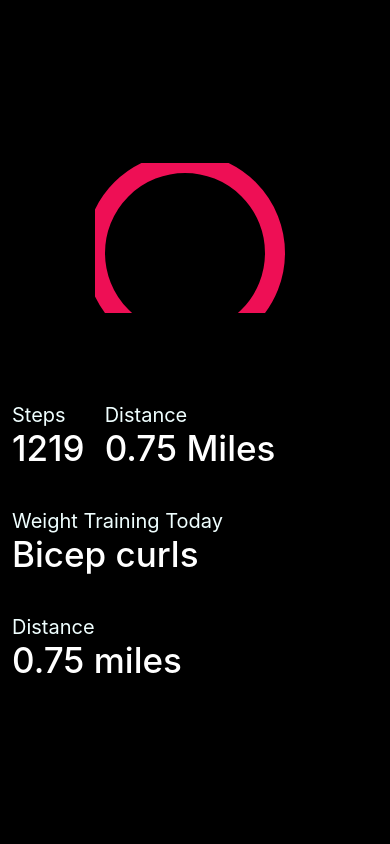
Repository: JamesPesenti/JiMTracker
Screen: /
The author's editor kept a copy of each file at every save. The screen is drawn from the files as they stood at one save, then again after the next save.
The app was drawn by React Native's web renderer in a window 390 px wide. The project was rebuilt for these pictures with package versions that can differ from the ones it lists, and the page was loaded fresh each time.

Above is the screen before, as saved 2023-06-16 14:28:43.

### App.tsx
import { StatusBar } from 'expo-status-bar';
import { StyleSheet, Text, View } from 'react-native';
import Value from "./src/components/Value"
import RingProgress from './src/components/RingProgress';



export default function App() {
  return (
    <View style={styles.container}>
       <RingProgress />
       <View style={{flexDirection: "row", gap: 20}}>
          <Value label="Steps" value="1219" />
          <Value label="Distance" value="0.75 Miles" />
       </View>
          {/* Training */}
           <View>
              <Text style={styles.label}>Weight Training Today</Text>
              <Text style={styles.amount}>Bicep curls</Text>
           </View>

        <View style={{flexDirection: 'row'}}>
          {/* new */}
          <View>
              <Text style={styles.label}>Distance</Text>
              <Text style={styles.amount}>0.75 miles</Text>
          </View>
        </View>
      <StatusBar style="auto" />
    </View>
  );
}

const styles = StyleSheet.create({
  container: {
    flex: 1,
    backgroundColor: 'black',
    justifyContent: 'center',
    padding: 12,
    marginHorizontal: 0,
    gap: 40,
  },
  label: {
    color: "azure",
    fontSize: 20,
  },
  amount: {
    color: "white",
    fontSize: 35,
    fontWeight: "500"
  }
});

### src/components/Value.tsx
import { StyleSheet, Text, View } from 'react-native';

type ValueProps = {
  label: string;
  value: string;
}

const Value = ({ label, value }: ValueProps) => {
  return (
    <>
     <View>
      <Text style={styles.label}>{label}</Text>
      <Text style={styles.amount}>{value}</Text>
     </View>
    </>
  )
}

export default Value

const styles = StyleSheet.create({
   label: {
      color: "azure",
      fontSize: 20,
    },
    amount: {
      color: "white",
      fontSize: 35,
      fontWeight: "500"
    }
})

### src/components/RingProgress.tsx
import { StyleSheet, Text, View } from 'react-native'
import SVG, { Circle } from 'react-native-svg'

type RingProgressProps = {
   radius?: number;
   strokeWidth?: number;
}

const color = "#EE0F55"

const RingProgress = ({radius = 100, strokeWidth = 20}: RingProgressProps) => {

   const innerRadius = radius - strokeWidth / 2

  return (
    <View style={{ width: radius * 2, height: radius * 2, alignSelf: "center"}}>
      <SVG>
         <Circle
            cx={innerRadius}
            cy={innerRadius}
            r={innerRadius}
            fill={"black"}
            strokeWidth={strokeWidth}
            stroke={color}
         />
      </SVG>
    </View>
  )
}

export default RingProgress

const styles = StyleSheet.create({})

After the next save:
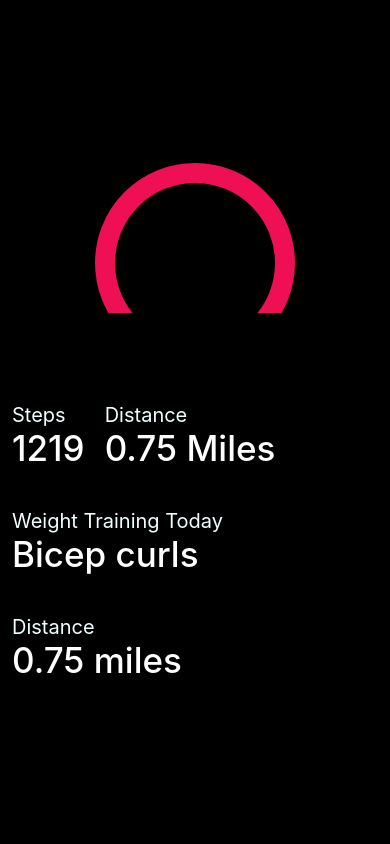
Saved 27 s later.
--- a/src/components/RingProgress.tsx
+++ b/src/components/RingProgress.tsx
@@ -16,8 +16,8 @@ const RingProgress = ({radius = 100, strokeWidth = 20}: RingProgressProps) => {
     <View style={{ width: radius * 2, height: radius * 2, alignSelf: "center"}}>
       <SVG>
          <Circle
-            cx={innerRadius}
-            cy={innerRadius}
+            cx={radius}
+            cy={radius}
             r={innerRadius}
             fill={"black"}
             strokeWidth={strokeWidth}
